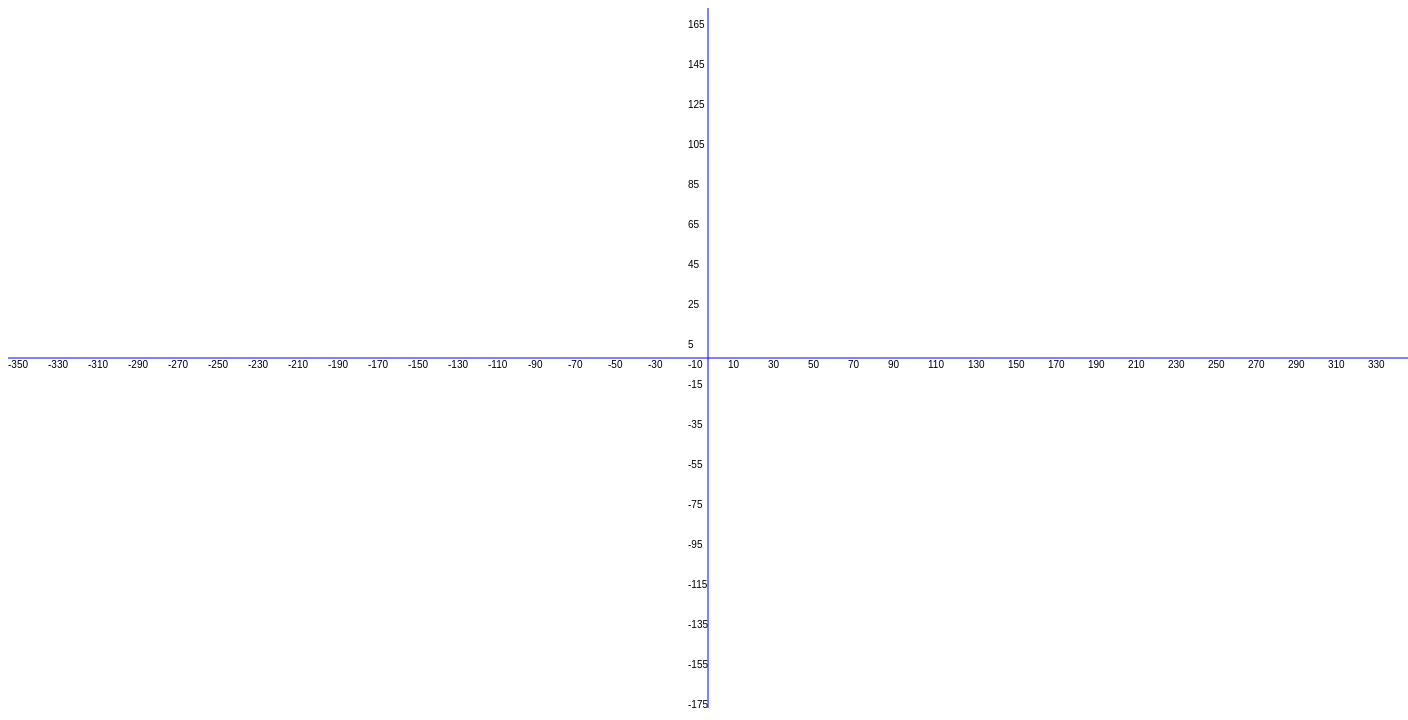
Repository: tclintaichung/book
Page: ex16/ex16_01/frame.html
These files come from the project's save history. The page is drawn as it stood at one moment and after the next save; the edit follows.
The browser window is 1280 px wide. The page is 1408 px wide, so the pictures cover 1408 px, including what lies to the right of the window. The pictures show the whole page.

Above is the page before, as saved 2025-09-27 15:56:31.

### ex16/ex16_01/frame.html
<!DOCTYPE html>
<html lang="en">
<head>
    <meta charset="UTF-8">
    <meta name="viewport" content="width=device-width, initial-scale=1.0">
    <title>Parabola curves</title>
</head>
<body>
    <canvas id="myCanvas" width="300px" height="300px"></canvas>
    <script>
        const a = 3;
        const b = -6;
        const c = 4;
        const colors = ["#FF0000", "#00FF00", "#0000FF", "#FFFF00", "#FFA500", "#FFFFFF"];
        const myCanvas = document.getElementById("myCanvas");
        const ctx = myCanvas.getContext("2d");
        myCanvas.width = 1400;
        myCanvas.height = 700
        const point_x = [];
        const point_y1 = [];
        const point_y2 = [];
        const scale = 2.;

        frame(0, myCanvas.width, 0, myCanvas.height, scale);

        function frame(x_min, x_max, y_min, y_max, scale) {
            const center_x = (x_min + x_max) / 2;
            const center_y = (y_min + y_max) / 2;
            const step = 20 * scale;
            ctx.beginPath();
            ctx.moveTo(x_min, center_y);
            ctx.lineTo(x_max, center_y);
            ctx.moveTo(center_x, y_min);
            ctx.lineTo(center_x, y_max);
            ctx.strokeStyle = colors[2];
            ctx.lineWidth = 1;
            ctx.stroke();
            let label_i = 0;
            for (let i = x_min; i <= x_max; i += step) {
                label_i = (i - center_x) / scale;
                ctx.fillText(String(label_i), i, center_y + 10);
            }
            for (let i = y_min; i <= y_max; i += step) {
                label_i = (i - center_y) / scale;
                ctx.fillText(String(label_i), center_x - 20, y_max - i);
            }
        }
   </script>
</body>
</html>

After the next save:
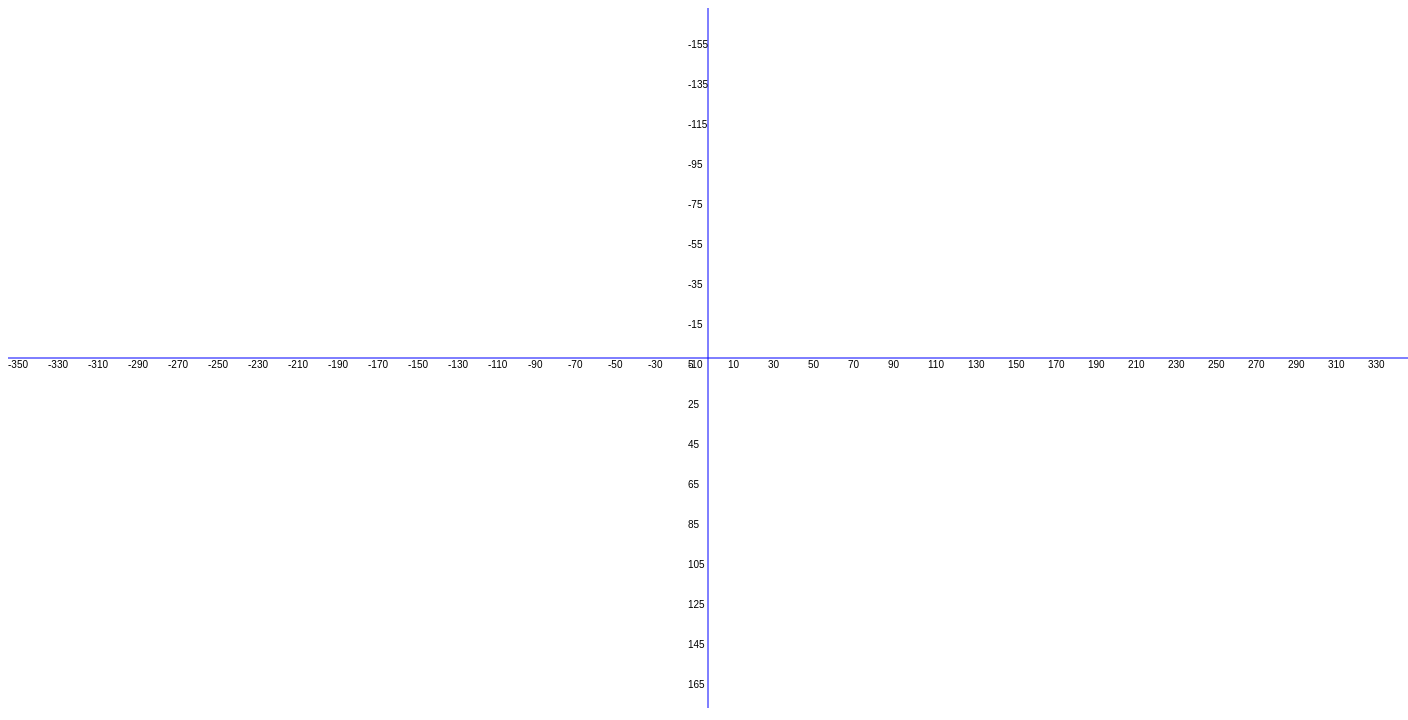
Saved 5 min 23 s later.
--- a/ex16/ex16_01/frame.html
+++ b/ex16/ex16_01/frame.html
@@ -42,7 +42,7 @@
             }
             for (let i = y_min; i <= y_max; i += step) {
                 label_i = (i - center_y) / scale;
-                ctx.fillText(String(label_i), center_x - 20, y_max - i);
+                ctx.fillText(String(label_i), center_x - 20, i);
             }
         }
    </script>
